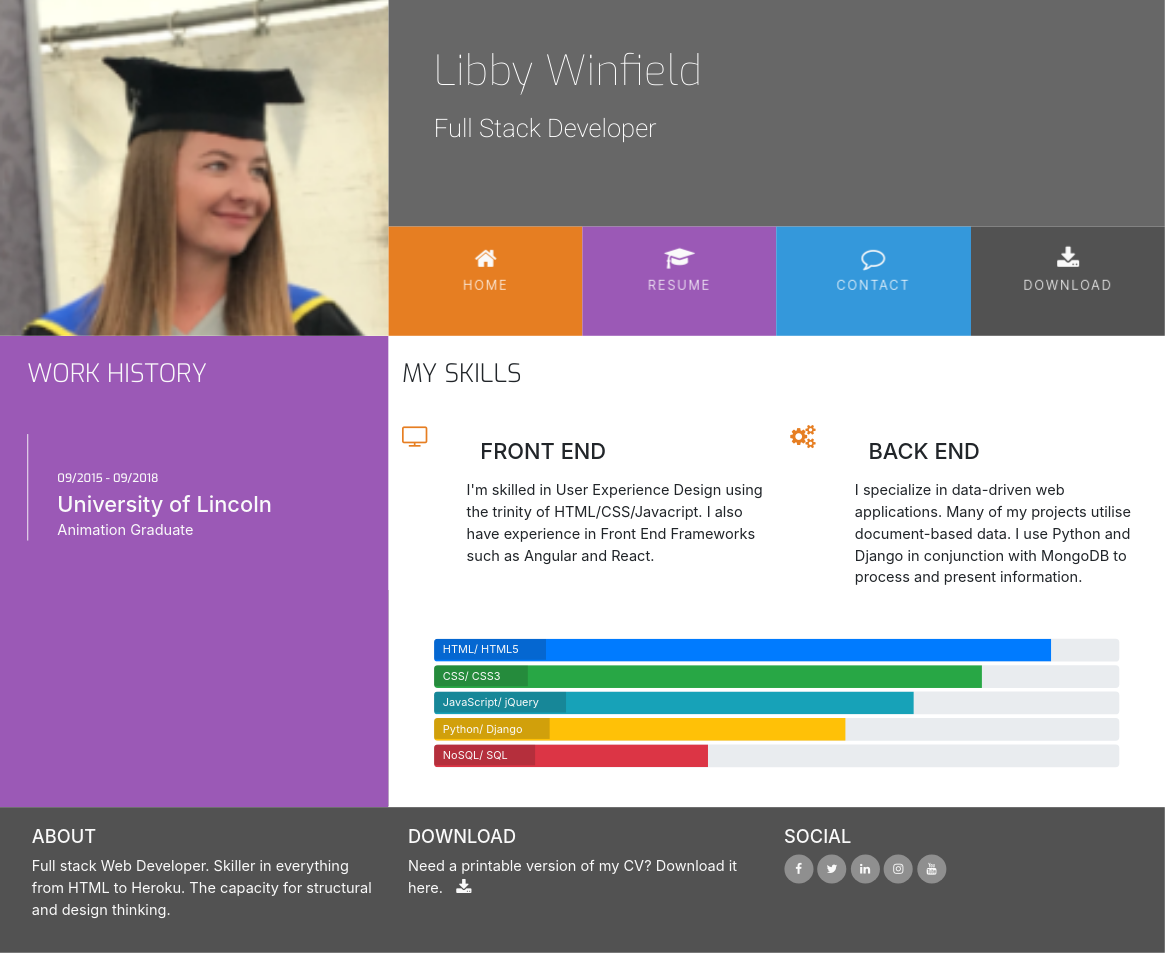
Repository: LibbyWin/CV
Page: resume.html
The author's editor kept a record of every edit. The page is drawn from the files as they stood at one moment, then again after the next edit.
The browser window is 1280 px wide. The pictures show the whole page, at 91% of full size.

Above is the page before.

### resume.html
<!DOCTYPE html>
<html lang="en">
<head>
    <meta charset="UTF-8">
    <meta name="viewport" content="width=device-width, initial-scale=1.0">
    <meta http-equiv="X-UA-Compatible" content="ie=edge">
    <link rel="stylesheet" href="https://stackpath.bootstrapcdn.com/bootstrap/4.3.1/css/bootstrap.min.css" type="text/css" />
    <link rel="stylesheet" href="https://stackpath.bootstrapcdn.com/font-awesome/4.7.0/css/font-awesome.min.css" type="text/css" />
    <link rel="stylesheet" href="https://cdnjs.cloudflare.com/ajax/libs/hover.css/2.3.1/css/hover-min.css" type="text/css" />
    <link rel="stylesheet" href="assets/css/style.css" type="text/css" />
    <title>Libby Winfield</title>
    <style>
   @import url('https://fonts.googleapis.com/css?family=Exo&display=swap');
    </style>
</head>
<body>
    <header>
        <div class="row no-gutters">
            <a href="index.html" class="col-md-4 logo">

            </a>
            <div class="col-md-8">
                <div class="row no-gutters bg-color-name-title">
                    <div class="col heading">
                        <h1 class="name">Libby Winfield</h1>
                        <h2 class="title">Full Stack Developer</h2>

                    </div>
                </div>
                <div class="row no-gutters">
                    <div class="col">
                        <ul id="nav" class="list-inline menucontainer">
                            <li class="col-6 col-sm-3 ui-menu-color-home list-inline-item menuitem">
                                <a href="#" class="hvr-sweep-to-bottom"><i class="fa fa-home" aria-hidden_"true"></i><span>Home</span></a>
                            </li>
                            <li class="col-6 col-sm-3 ui-menu-color-resume list-inline-item menuitem">
                                <a href="#" class="hvr-sweep-to-bottom"><i class="fa fa-graduation-cap" aria-hidden="true"></i><span>Resume</span></a>
                            </li>
                            <li class="col-6 col-sm-3 ui-menu-color-contact list-inline-item menuitem">
                                <a href="#" class="hvr-sweep-to-bottom"><i class="fa fa-comment-o" aria-hidden="true"></i><span>Contact</span></a>
                            </li>
                            <li class="col-6 col-sm-3 ui-menu-color-download list-inline-item menuitem">
                                <a href="#" class="hvr-sweep-to-bottom"><i class="fa fa-download" aria-hidden="true"></i><span>Download</span></a>
                            </li>
                        </ul>
                    </div>
                </div>


            </div>
        </div>
    </header>
     <section class="container-fluid">
        <div class="row">
            <div class="col-md-4 bg-color-work-history section-column">
                <div class="row">
                    <div class="col-12">
                        <h3 class="history-heading uppercase">
                            Work History
                        </h3>
                    </div>
                </div>
                <div class="timeline-item" data-dates="09/2015 - 09/2018">
                    <h4>University of Lincoln</h4>
                    <p>Animation Graduate</p>
                </div>
            </div>
            <div class="col-md-8 bg-color-three-reasons">
                <div class="row">
                    <div class="col">
                        <h3 class="section-heading uppercase">My Skills</h3>
                    </div>
                </div>
                <div class="row">
                    <div class="col-10 offset-1 offset-sm-0 col-sm-4 col-md-6">
                        <div class="row">
                            <div class="col-2">
                                <i class="three-reasons-icon fa fa-tv" aria-hidden="true"></i>
                            </div>
                            <div class="col-10">
                                <h4 class="three-reasons-heading uppercase">Front End</h4>
                                <p>I'm skilled in User Experience Design using the trinity of HTML/CSS/Javacript.
                                I also have experience in Front End Frameworks such as Angular and React. </p>
                            </div>
                        </div>
                    </div>
                    <div class="col-10 offset-1 offset-sm-0 col-sm-4 col-md-6">
                        <div class="row">
                            <div class="col-2">
                                <i class="three-reasons-icon fa fa-gears" aria-hidden="true"></i>
                            </div>
                            <div class="col-10">
                                <h4 class="three-reasons-heading uppercase">Back End</h4>
                                <p>I specialize in data-driven web applications. Many of my projects utilise document-based data.
                                I use Python and Django in conjunction with MongoDB to process and present information.</p>
                            </div>
                        </div>
                    </div>
                </div>
                <div class="row progress-section">
                    <div class="col">
                        <div class="progress">
                            <div class="progress-bar" role="progressbar" style="width: 90%" aria-valuenow="90" aria-valuemin="0" aria-valuemax="100">
                                <span class="sr-only">90% complete</span>
                            </div>
                            <span class="progress-type">HTML/ HTML5</span>
                        </div>

                        <div class="progress">
                            <div class="progress-bar bg-success" role="progressbar" style="width: 80%" aria-valuenow="80" aria-valuemin="0" aria-valuemax="100">
                                <span class="sr-only">80% complete</span>
                            </div>
                            <span class="progress-type">CSS/ CSS3</span>
                        </div>

                        <div class="progress">
                            <div class="progress-bar bg-info" role="progressbar" style="width: 70%" aria-valuenow="70" aria-valuemin="0" aria-valuemax="100">
                                <span class="sr-only">70% complete</span>
                            </div>
                            <span class="progress-type">JavaScript/ jQuery</span>
                        </div>

                        <div class="progress">
                            <div class="progress-bar bg-warning" role="progressbar" style="width: 60%" aria-valuenow="60" aria-valuemin="0" aria-valuemax="100">
                                <span class="sr-only">60% complete</span>
                            </div>
                            <span class="progress-type">Python/ Django</span>
                        </div>
                        <div class="progress">
                            <div class="progress-bar bg-danger" role="progressbar" style="width: 40%" aria-valuenow="40" aria-valuemin="0" aria-valuemax="100">
                                <span class="sr-only">40% complete</span>
                            </div>
                            <span class="progress-type">NoSQL/ SQL</span>
                        </div>
                    </div>
                </div>
            </div>
        </div>

    </section>

    <footer class="container-fluid">
        <div id="footer-details" class="row">
            <div class="col-sm-4">
                <h5 class="uppercase genreal-sub">About</h5>
                <p class="inline-block">Full stack Web Developer. Skiller in everything from HTML to Heroku. The capacity for structural and design thinking. </p>
            </div>
            <div class="col-sm-4">
                <h5 class="uppercase genreal-sub">Download</h5></h5>
                <p class="inline-block">
                    Need a printable version of my CV? Download it here.
                    <a href="#" target="_blank" class="cv-pdf">
                        <i class="fa fa-download" aria-hidden="true"></i>
                        <span class="sr-only">Download Link.</span>
                    </a>
                </p>
            </div>
            <div class="col-sm-4">
                <h5 class="uppercase genreal-sub">Social</h5>
                <ul class="list-inline social-links">
                    <li class="list-inline-item">
                        <a target="_blank" href="#">
                            <i class="fa fa-facebook" aria-hidden="true"></i>
                            <span class="sr-only">Facebook</span>
                        </a>
                    </li>

                    <li class="list-inline-item">
                        <a target="_blank" href="#">
                            <i class="fa fa-twitter" aria-hidden="true"></i>
                            <span class="sr-only">Twitter</span>
                        </a>
                    </li>

                    <li class="list-inline-item">
                        <a target="_blank" href="#">
                            <i class="fa fa-linkedin" aria-hidden="true"></i>
                            <span class="sr-only">Linkedin</span>
                        </a>
                    </li>

                    <li class="list-inline-item">
                        <a target="_blank" href="#">
                            <i class="fa fa-instagram" aria-hidden="true"></i>
                            <span class="sr-only">Instagram</span>
                        </a>
                    </li>

                    <li class="list-inline-item">
                        <a target="_blank" href="#">
                            <i class="fa fa-youtube" aria-hidden="true"></i>
                            <span class="sr-only">Youtube</span>
                        </a>
                    </li>
                </ul>
            </div>
        </div>

    </footer>

</body>
</html>

### assets/css/style.css
@import url('https://fonts.googleapis.com/css?family=Roboto:100,200,300,400,500,600,700|Exo:100,200,300,400,500,600,700');

/*--------------------------------------------Colors*/

.bg-color-name-title {
    background-color: #676767;
}

.bg-color-three-reasons {
    background-color: #fff;
}

.bg-color-personal-info {
    background-color: #f4f4f4;
}

.bg-color-work-history {
    background-color: #9b59b6;
}

.ui-menu-color-home {
    background-color: #e67e22;
}

.ui-menu-color-resume {
    background-color: #9b59b6;
}

.ui-menu-color-contact {
    background-color: #3498db;
}

.ui-menu-color-download {
    background-color: #525252;
}

.row-table {
    display: table;
}

.section-column {
    display: table-cell;
    padding: 0 30px 30px;
    float: none;
}

.history-heading,
.section-heading {
    font-family: "Exo", sans-serif;
    font-weight: 300;
    margin-top: 25px;
    margin-bottom: 40px;
}

/* ----------------------------------------Special paddings/margins/text */

h1,
h2,
h3,
h4 {
    margin: 0;
}

.uppercase {
    text-transform: uppercase;
}

.general-sub {
    font-family: "Exo", sans-serif;
    font-weight: 300;
    color: #fafafa;
}

.inline-block {
    display: inline-block;
}

.row-table {
    display: table;
}

.section-column {
    display: table-cell;
    padding: 0 30px 30px;
    float: none;
}

.section-heading {
    font-family: "Exo", sans-serif;
    font-weight: 300;
    margin-top: 25px;
    margin-bottom: 40px;
}

/*-------------------------------------------- Heading*/

header {
    margin: 0;
}

.heading {
    margin-left: 50px;
}

.logo {
    background: url("../images/IMG_1027.JPG");
    background-position: center;
    background-repeat: no-repeat;
    background-size: cover;
    min-height: 360px;
    transition: all .5s ease-in-out;
    -moz-transition: all .5s ease-in-out;
    -webkit-transition: all .5s ease-in-out;
}

.name {
    font-family: "Exo", sans-serif;
    font-weight: 100;
    font-size: 46px;
    margin-top: 50px;
    color: #fff;
}

.title {
    font-family: "Roboto", sans-serif;
    font-weight: 200;
    font-size: 28px;
    margin-top: 20px;
    margin-bottom: 90px;
    color: #fff;
}

.list-inline-item:not(:last-child) {
    margin: 0;
}

.menucontainer {
    font-size: 0;
}

#nav li {
    font-size: 14px;
    padding: 0;
}

#nav {
    margin: 0;
}

.menuitem {
    height: 120px;
    text-align: center;
    padding: 0;
}

.menuitem a {
    width: 100%;
    text-decoration: none;
    color: #fff;
    height: 120px;
}

.menuitem a i {
    padding-top: 22px;
    display: block;
    color: #fafafa;
    font-size: 26px;
}

.menuitem span {
    display: block;
    width: 100%;
    padding-top: 5px;
    text-align: center;
    text-transform: uppercase;
    font-size: 14px;
    font-weight: 300;
    letter-spacing: 2px;
}

/*--------------------------------------------Hover.css*/

.hvr-sweep-to-bottom:before {
    background: rgba(0, 0, 0, 0.2);
    height: 120px;
}

/* ----------------------------------------Footer */

footer {
    background-color: #525252;
    color: #fafafa;
    min-height: 120px;
    margin: 0;
}

.cv-pdf i {
    font-size: 18px;
    color: #fafafa;
    text-align: center;
    padding-left: 10px;
    transition: all 0.35s ease-in-out;
    -moz-transition: all 0.35s ease-in-out;
    -webkit-transition: all 0.35s ease-in-out;
    -o-transition: all 0.35s ease-in-out;
}

.cv-pdf i:hover {
    color: #e84610;
}

.social-links {
    padding-bottom: 15px;
}

.social-links li a i {
    width: 32px;
    height: 32px;
    padding: 12px 0;
    border-radius: 50%;
    font-size: 13px;
    line-height: 7px;
    text-align: center;
    color: #fafafa;
    background: #8f8f8f;
    transition: all 0.35s ease-in-out;
    -moz-transition: all 0.35s ease-in-out;
    -webkit-transition: all 0.35s ease-in-out;
    -o-transition: all 0.35s ease-in-out;
}

.social-links li a i:hover {
    background: #e84610;
}

#footer-details {
    padding: 20px;
}

/*-------------------------------------------- Three REasons*/

.three-reasons-icon {
    font-size: 26px;
    color: #e67e22;
}

.three-reasons-heading {
    margin: 15px;
}

/*-------------------------------------------- Personal Info */

.personal-info-item {
    margin-bottom: 20px;
    display: block;
    clear: both;
}

.personal-info-item .key,
.personal-info-item .value {
    padding-right: 8px;
    display: inline-block;
}

.personal-info-item .key p,
.personal-info-item .value p {
    margin: 0;
}

 .personal-info-item .key {
     width:30%;
     margin-right: 21px;
     padding-top: 2px;
     vertical-align: top;
 }

 .personal-info-item .key p {
     font-weight: 700;
 }

 .personal-info-item .value {
     position: relative;
     width: 60%;
 }

 /*-------------------------------------------- Skills */

 .progress {
     position: relative;
     height: 25px;
     margin-bottom: 4px;
 }

 .progress-type {
     position: absolute;
     left: 0px;
     font-weight: 400;
     padding: 3px 30px 2px 10px;
     color: #fafafa;
     background-color: rgba(25, 25, 25, 0.2)
 }

 .progress-section {
     margin: 40px 20px;
 }

 /* ---------------------------------------- Work History */

 .history-heading {
     color: #fafafa;
     margin-bottom: 50px;
 }

 .timeline-item {
     padding: 4em 2em 0em 2em;
     position: relative;
     color: #fafafa;
     border-left: 1px solid;
 }

  .timeline-item p {
      padding: 0;
      margin: 0;
  }

   .timeline-item:before {
       content: attr(data-dates);
       position: absolute;
       left: 2.5em;
       top: 3em;
       display: block;
       font-family: "Exo", sans-serif;
       font-weight: 500;
       font-size: 0.8em;
       padding: 0;
       margin: 0;
   }

After the next edit:
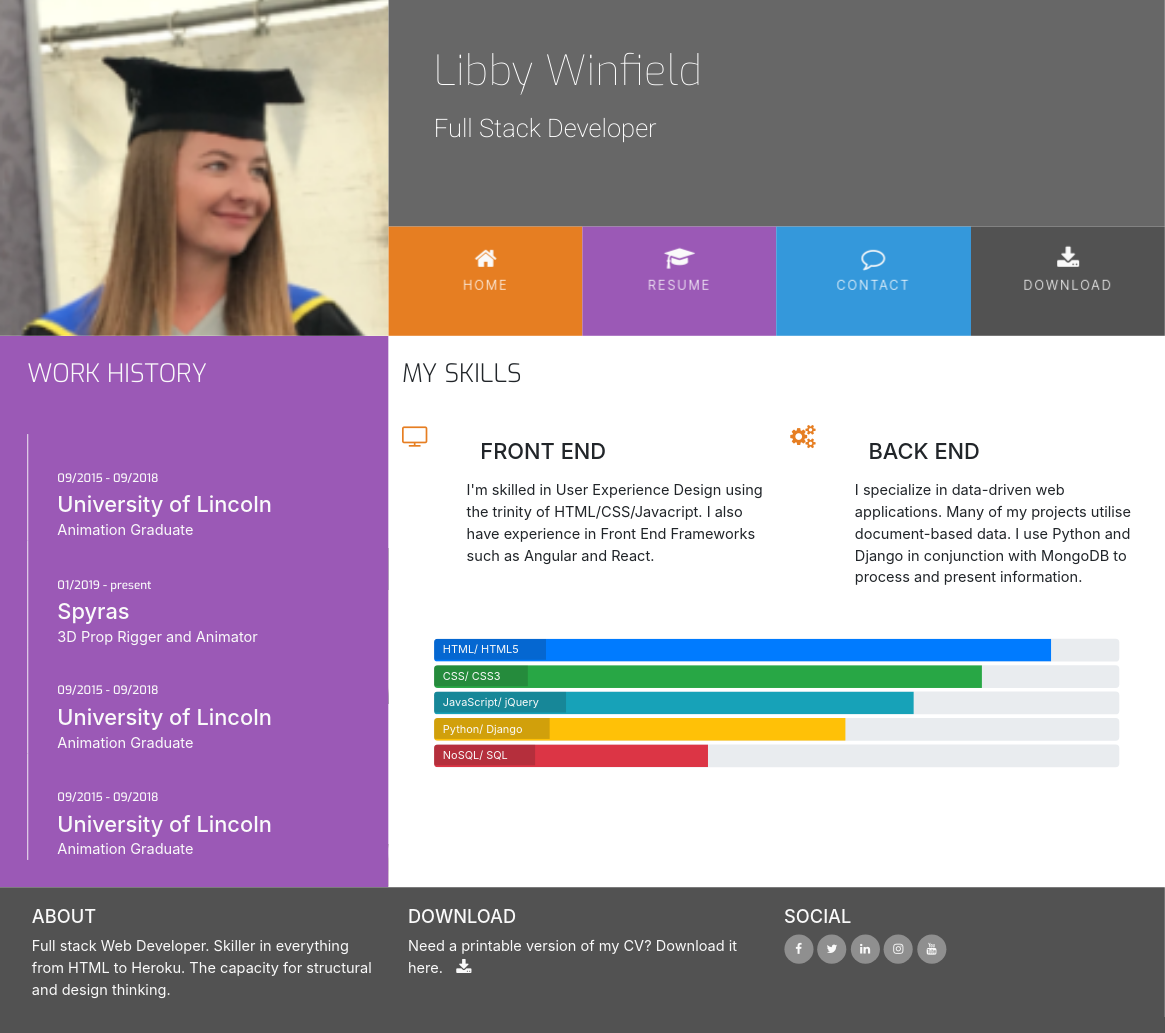
The edit:
--- a/resume.html
+++ b/resume.html
@@ -1,5 +1,6 @@
 <!DOCTYPE html>
 <html lang="en">
+
 <head>
     <meta charset="UTF-8">
     <meta name="viewport" content="width=device-width, initial-scale=1.0">
@@ -10,9 +11,10 @@
     <link rel="stylesheet" href="assets/css/style.css" type="text/css" />
     <title>Libby Winfield</title>
     <style>
-   @import url('https://fonts.googleapis.com/css?family=Exo&display=swap');
+        @import url('https://fonts.googleapis.com/css?family=Exo&display=swap');
     </style>
 </head>
+
 <body>
     <header>
         <div class="row no-gutters">
@@ -50,7 +52,7 @@
             </div>
         </div>
     </header>
-     <section class="container-fluid">
+    <section class="container-fluid">
         <div class="row">
             <div class="col-md-4 bg-color-work-history section-column">
                 <div class="row">
@@ -64,6 +66,20 @@
                     <h4>University of Lincoln</h4>
                     <p>Animation Graduate</p>
                 </div>
+
+                <div class="timeline-item" data-dates="01/2019 - present">
+                    <h4>Spyras</h4>
+                    <p>3D Prop Rigger and Animator</p>
+                </div>
+
+                <div class="timeline-item" data-dates="09/2015 - 09/2018">
+                    <h4>University of Lincoln</h4>
+                    <p>Animation Graduate</p>
+                </div>
+                <div class="timeline-item" data-dates="09/2015 - 09/2018">
+                    <h4>University of Lincoln</h4>
+                    <p>Animation Graduate</p>
+                </div>
             </div>
             <div class="col-md-8 bg-color-three-reasons">
                 <div class="row">
@@ -79,8 +95,7 @@
                             </div>
                             <div class="col-10">
                                 <h4 class="three-reasons-heading uppercase">Front End</h4>
-                                <p>I'm skilled in User Experience Design using the trinity of HTML/CSS/Javacript.
-                                I also have experience in Front End Frameworks such as Angular and React. </p>
+                                <p>I'm skilled in User Experience Design using the trinity of HTML/CSS/Javacript. I also have experience in Front End Frameworks such as Angular and React. </p>
                             </div>
                         </div>
                     </div>
@@ -91,8 +106,7 @@
                             </div>
                             <div class="col-10">
                                 <h4 class="three-reasons-heading uppercase">Back End</h4>
-                                <p>I specialize in data-driven web applications. Many of my projects utilise document-based data.
-                                I use Python and Django in conjunction with MongoDB to process and present information.</p>
+                                <p>I specialize in data-driven web applications. Many of my projects utilise document-based data. I use Python and Django in conjunction with MongoDB to process and present information.</p>
                             </div>
                         </div>
                     </div>
@@ -146,7 +160,8 @@
                 <p class="inline-block">Full stack Web Developer. Skiller in everything from HTML to Heroku. The capacity for structural and design thinking. </p>
             </div>
             <div class="col-sm-4">
-                <h5 class="uppercase genreal-sub">Download</h5></h5>
+                <h5 class="uppercase genreal-sub">Download</h5>
+                </h5>
                 <p class="inline-block">
                     Need a printable version of my CV? Download it here.
                     <a href="#" target="_blank" class="cv-pdf">
@@ -199,4 +214,5 @@
     </footer>
 
 </body>
+
 </html>
